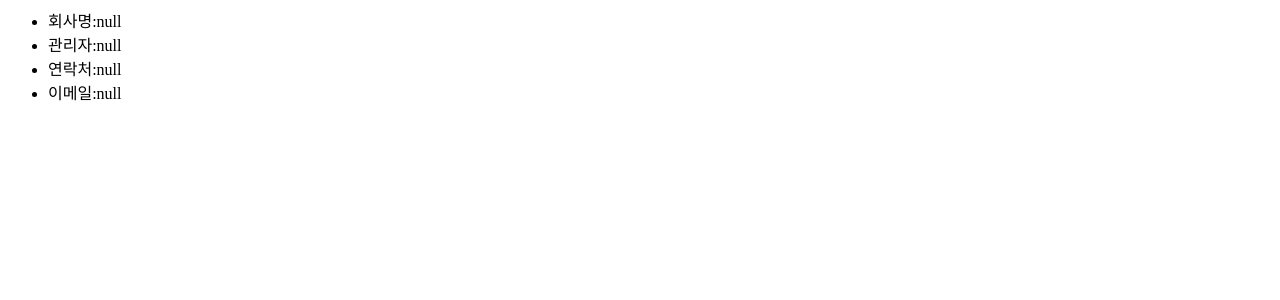
Repository: noopzzya/study_jsp_globalin
Page: http://localhost/ServletProject/InitParam
The author's editor kept a copy of each file at every save. The page is drawn from the files as they stood at one save, then again after the next save.
The browser window is 1280 px wide. The pictures show the whole page.
The page is served by Tomcat 9. Other server files are loaded and not shown.

Above is the page before, as saved 2023-01-27 03:07:31.

### ServletProject/src/main/java/com/sample/InitParam.java
package com.sample;

/*
 * 1. ServletConfig(객체)
 * 	- ServletConfig 객체는 Container가 서블릿을 생성 할 때 생성되는 객체
 * 	- DD(web.xml)를 읽어서 이름/값의 쌍으로 된 초기 파라미터 값을 읽어서 저장
 *  - ServletConfig 객체는 servlet 객체 당 하나씩 생성
 *  - servlet에서는 getServletConfig()를 이용해서 Servlet과 관련된 ServletConfig 객체를 얻음
 *
 * 2. ServletContext(어플리케이션 전체)
 * 	- ServletContext 객체는 web application 당 하나씩 생성
 *  - web application 전체에서 참조 할 수 있는 초기화 파라미터를 저장
 *  - Servlet에서는 getServletContext()를 이용해서 ServletContext 객체를 얻음
 *
 *  - ServletContext, ServletConfig
 *   // ServletContext (전역으로 부를 때 사용)
 *  <context-param>
 *  	<description> 연락처 </description>
 *  	<param-name>tel</param-name>
 *  	<param-value>010-1111-1111</param-valu
 *  </context-param>
 *  // ServletConfig (지역으로 부를 때 사용)
 *  <servlet>
 *  <servlet-name>InitParam</servlet-name>
 *  <servlet-class>com.sample.InitParam</servlet-class>
 *  <init-param>
 *  	<description> 연락처 </description>
 *  	<param-name>tel</param-name>
 *  	<param-value>010-1111-1111</param-value>
 *  </init-param>
 *  </servlet>
 *  <servlet-mapping>
 *  <servlet-name>InitParam</servlet-name>
 *  <url-pattern>/InitParam</url-pattern>
 *  </servlet-mapping>
 */

import java.io.IOException;
import java.io.PrintWriter;

import javax.servlet.ServletConfig;
import javax.servlet.ServletException;
import javax.servlet.annotation.WebInitParam;
import javax.servlet.annotation.WebServlet;
import javax.servlet.http.HttpServlet;
import javax.servlet.http.HttpServletRequest;
import javax.servlet.http.HttpServletResponse;

// web.xml 또는 어노테이션 둘 중 한 개만 실행해야 함
// web.xml 실행 시 어노테이션 주석 처리
@WebServlet(name = "InitParam", urlPatterns = {"/InitParam"}, // 전역
initParams = {
	@WebInitParam(name="", value=""),
	@WebInitParam(name="", value="")
})


public class InitParam extends HttpServlet {
	private static final long serialVersionUID = 1L;

	// 변수 선언
	private String company;
	private String manager;
	private String tel;
	private String email;

	public void init() throws ServletException { // 요청은 파라미터 값으로 설정
		// ServletContext
		company = getServletContext().getInitParameter("company");
		//company = "global";
		manager = getServletContext().getInitParameter("manager");
		//manager = "아몬드";

		// ServletConfig
		tel = getServletConfig().getInitParameter("tel");
		//tel = "010-1111-1111";
		email = getServletConfig().getInitParameter("email");
		//email = "a@mon.com";
	}

	// doget, dopost 상관없이 사용 가능하도록 설정
	protected void processRequest(HttpServletRequest request, HttpServletResponse response) throws ServletException, IOException {

		// 응답
		response.setContentType("text/html; charset=utf-8");
		PrintWriter out = response.getWriter();

		out.print("<html>");
		out.print("<body>");
		out.print("<ul>");
		out.print("<li>회사명:" +company+ "</li>");
		out.print("<li>관리자:" +manager+ "</li>");
		out.print("<li>연락처:" +tel+ "</li>");
		out.print("<li>이메일:" +email+ "</li>");
		out.print("</ul>");
		out.print("</body>");
		out.print("</html>");
	}

	protected void doGet(HttpServletRequest request, HttpServletResponse response) throws ServletException, IOException {
		processRequest(request, response);
	}

	protected void doPost(HttpServletRequest request, HttpServletResponse response) throws ServletException, IOException {
		processRequest(request, response);
	}

}

After the next save:
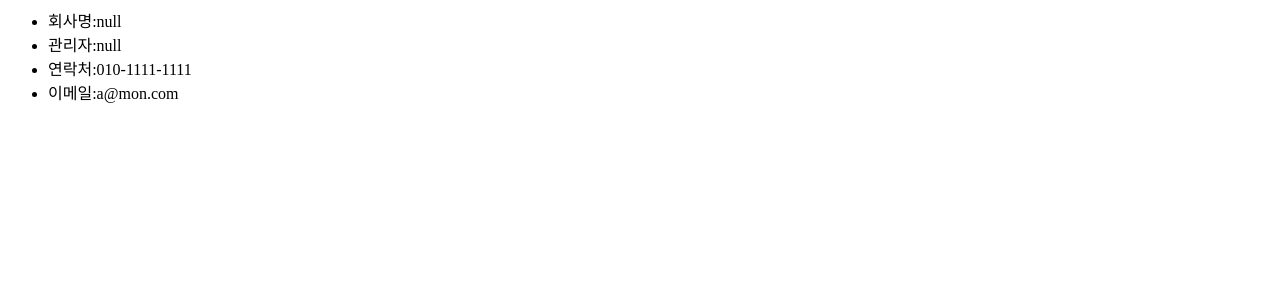
Saved 43 s later.
--- a/ServletProject/src/main/java/com/sample/InitParam.java
+++ b/ServletProject/src/main/java/com/sample/InitParam.java
@@ -50,8 +50,8 @@ import javax.servlet.http.HttpServletResponse;
 // web.xml 실행 시 어노테이션 주석 처리
 @WebServlet(name = "InitParam", urlPatterns = {"/InitParam"}, // 전역
 initParams = {
-	@WebInitParam(name="", value=""),
-	@WebInitParam(name="", value="")
+	@WebInitParam(name="tel", value="010-1111-1111"),
+	@WebInitParam(name="email", value="a@mon.com")
 })
 
 
